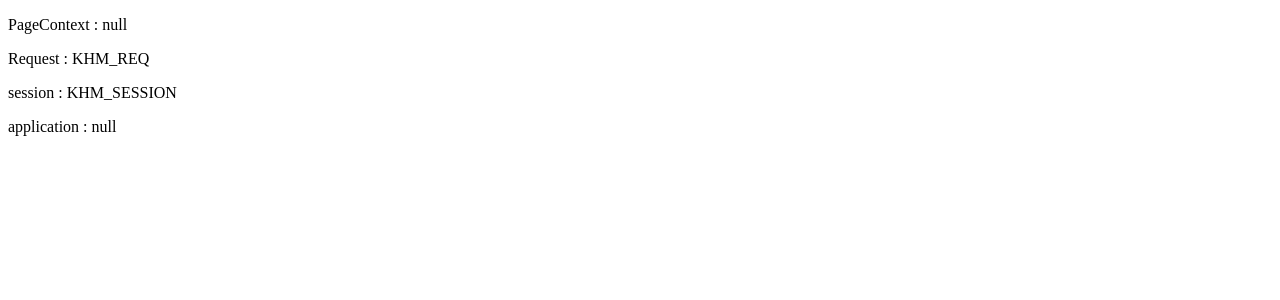
Repository: kvmhyvmvn/Study_JspServlet
Page: http://localhost/04.Implicit/Ex01_Request/Ex04_Scope.jsp
These files come from the project's save history. The page is drawn as it stood at one moment and after the next save; the edit follows.
The browser window is 1280 px wide. The pictures show the whole page.
The page is served by Tomcat 9.

Above is the page before, as saved 2023-05-22 03:43:49.

After the next save:
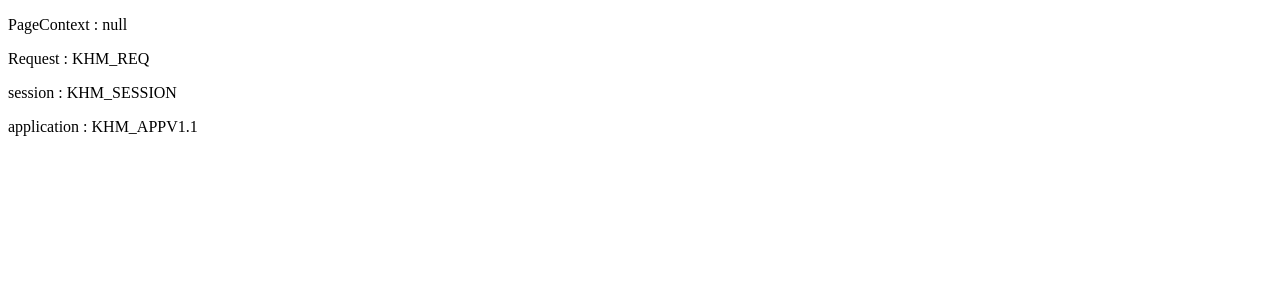
Saved 71 s later.
--- a/WorkSpace/04.Implicit/src/main/webapp/Ex01_Request/Ex04_Scope.jsp
+++ b/WorkSpace/04.Implicit/src/main/webapp/Ex01_Request/Ex04_Scope.jsp
@@ -26,7 +26,7 @@
 	<p>PageContext : <%=pageContext.getAttribute("pageCtx") %>
 	<p>Request : <%=request.getAttribute("req") %>
 	<p>session : <%=session.getAttribute("session") %>
-	<p>application : <%=application.getAttribute("application") %>
+	<p>application : <%=application.getAttribute("app") %>
 	<jsp:forward page="Ex04_ScopeResult.jsp"></jsp:forward>
 
 	<a href="Ex04_ScopeResult.jsp"> 다음 페이지로 이동 ScopeResult</a>
--- a/WorkSpace/04.Implicit/src/main/webapp/Ex01_Request/Ex04_ScopeResult.jsp
+++ b/WorkSpace/04.Implicit/src/main/webapp/Ex01_Request/Ex04_ScopeResult.jsp
@@ -13,6 +13,6 @@
 	<!--  Forward라는 페이지 요청이 있을때만 다음페이지로 전송, 넘어가는 처리가 됨 (메소드 파라메터부와 유사) -->
 	<p>session : <%=session.getAttribute("session") %>
 	<!-- 전역변수 (필드) 유사함 크롬창을 새로 띄우거나 (브라우저 다른 것 ) 또는 서버가 (리스타트 되면서 유지가 되고 안되고가 랜덤함.) -->
-	<p>application : <%=application.getAttribute("application") %>
+	<p>application : <%=application.getAttribute("app") %>
 </body>
 </html>
